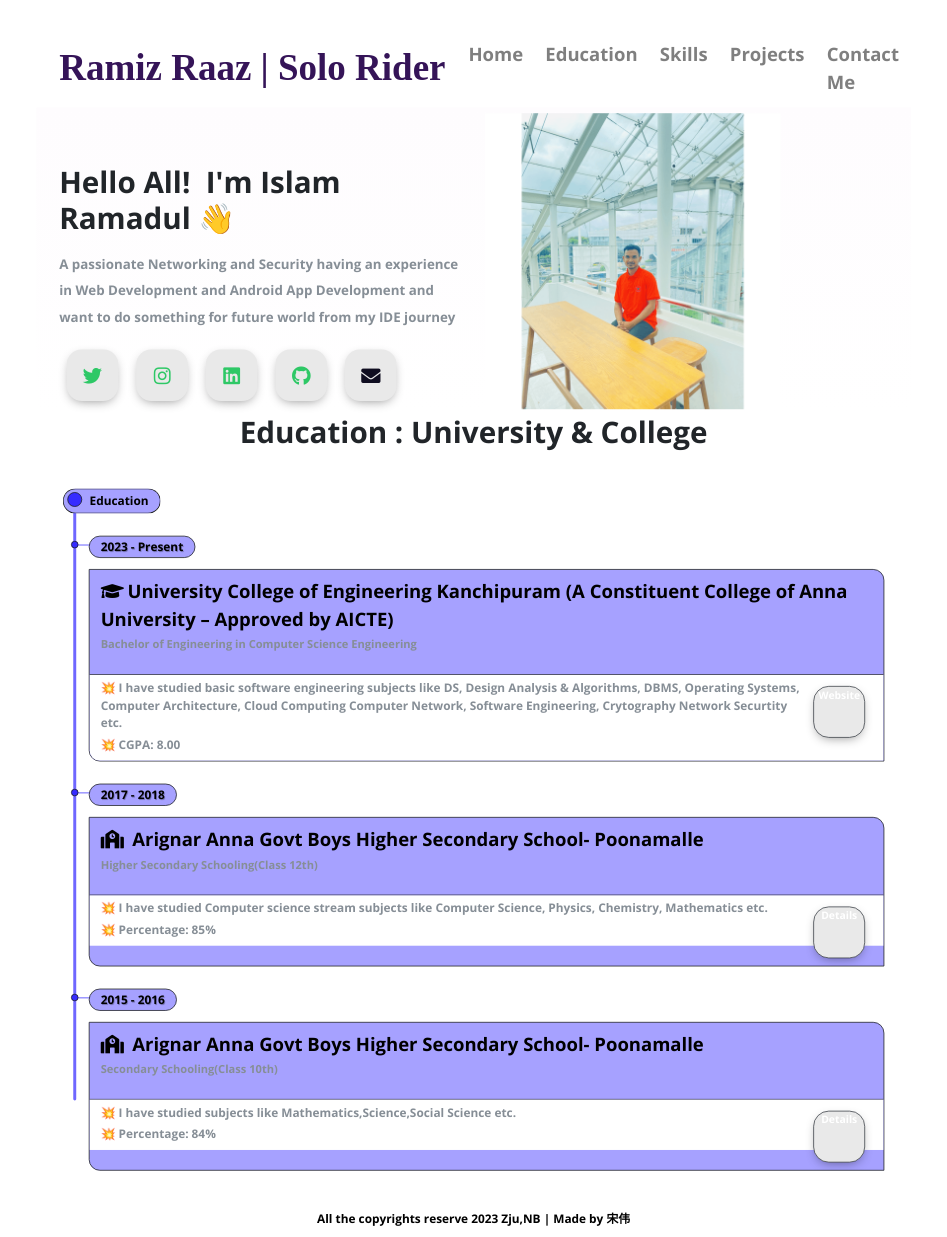
Repository: ramizraaz/ZjuProtfolio
Page: index.html
These files come from the project's save history. The page is drawn as it stood at one moment and after the next save; the edit follows.
The browser window is 1280 px wide. The pictures show the whole page, at 74% of full size.
Some web fonts or font styles are not loaded; a fallback is used. Some web libraries are served in a nearby version.

Above is the page before, as saved 2023-10-08 17:05:48.

After the next save:
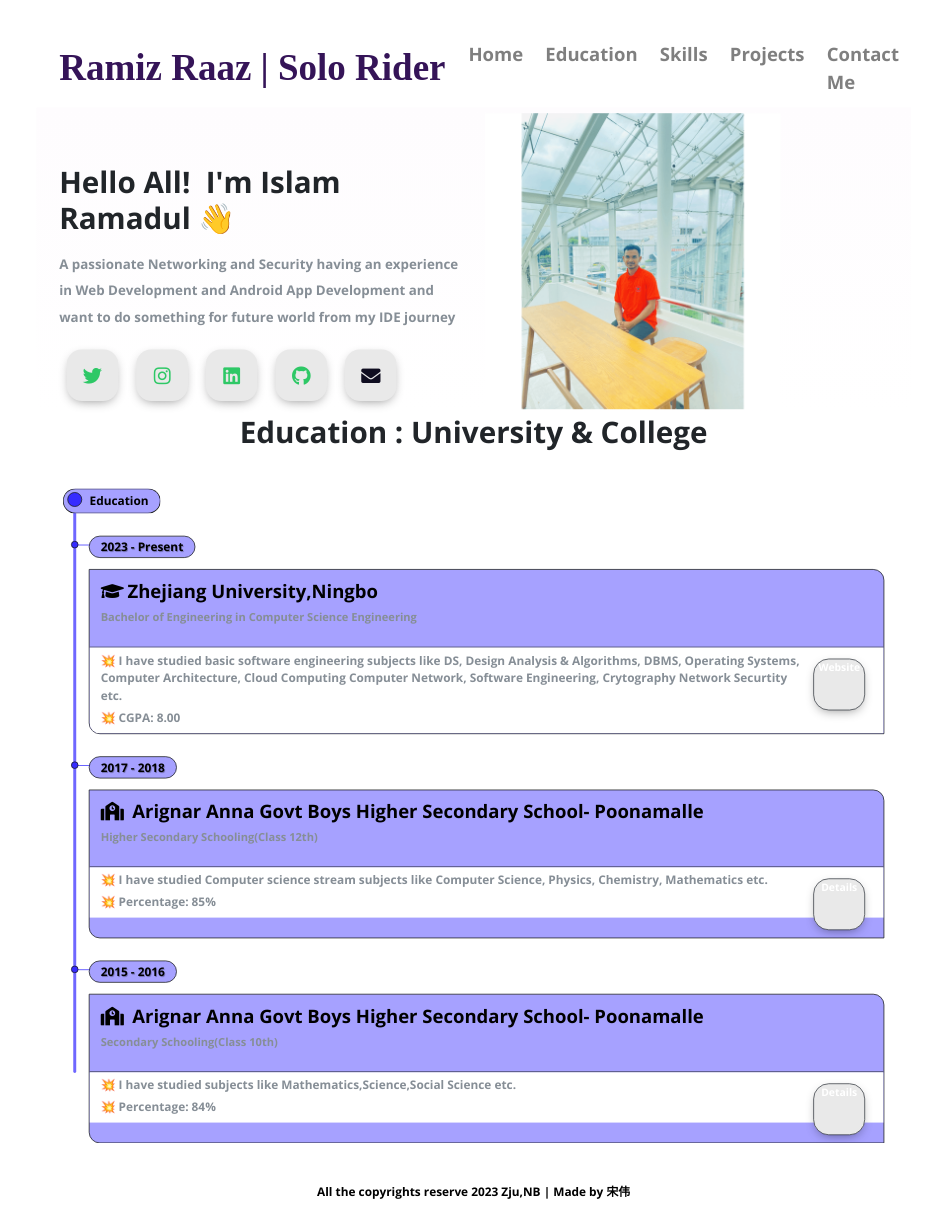
Saved 41 s later.
--- a/index.html
+++ b/index.html
@@ -92,7 +92,7 @@
                         <div class="col-lg">
                             <div class="timeline-box">
                                 <div class="box-title">
-                                    <i class="fas fa-graduation-cap" aria-hidden="true"></i>University College of Engineering Kanchipuram (A Constituent College of Anna University – Approved by AICTE)
+                                    <i class="fas fa-graduation-cap" aria-hidden="true"></i>Zhejiang University,Ningbo
                                     <p class="degree">Bachelor of Engineering in Computer Science Engineering</p>
                                 </div>
                                 <div class="box-content">
